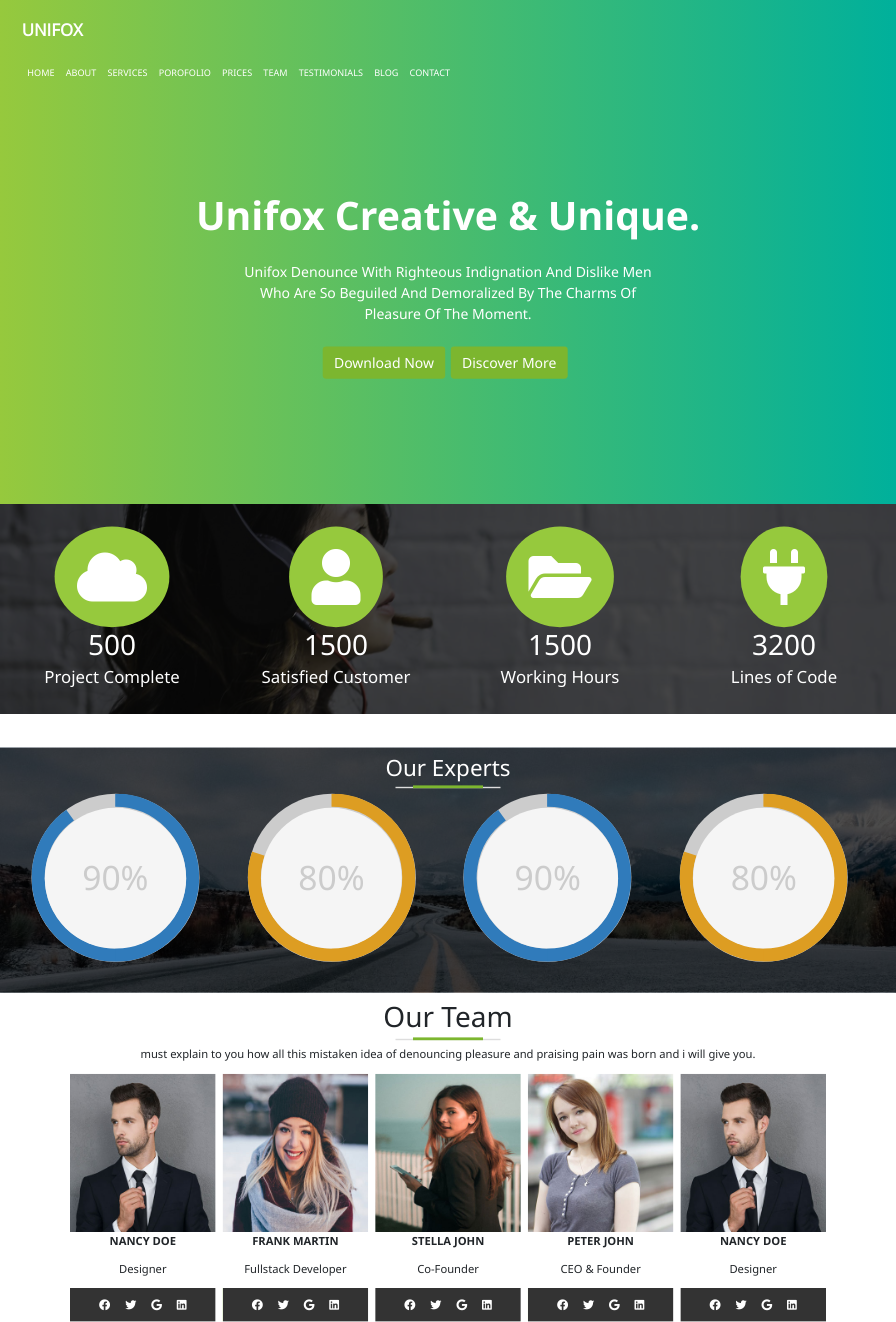
Repository: ibrkhalil/Uniforce-First-Attempt
Page: index.html
An editor plug-in stored every save of this project. The page is shown before and after the next save, followed by the edit.
The browser window is 1280 px wide. The pictures show the whole page, at 70% of full size.
Backgrounds fixed to the window are drawn as part of the page.

Above is the page before, as saved 2021-01-24 02:09:55.

After the next save:
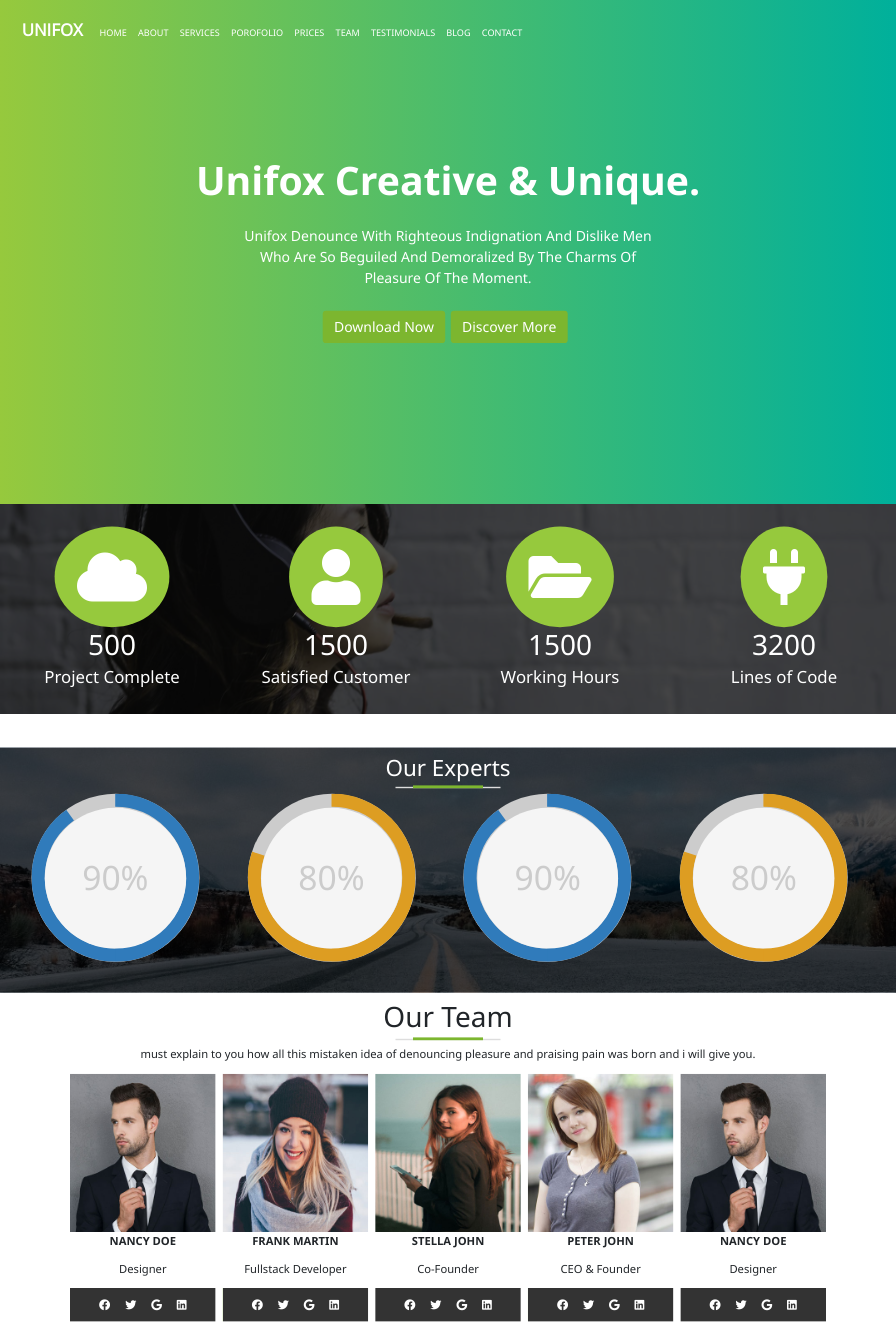
Saved 8 s later.
--- a/style.css
+++ b/style.css
@@ -5,7 +5,9 @@
 body{
     font-family: 'Segoe UI', Tahoma, Geneva, Verdana, sans-serif;
 }
-
+.nav-items{
+    display: flex;
+}
 .main-nav h3{
     font-family: 'Open Sans', sans-serif;
     font-weight: bold;
